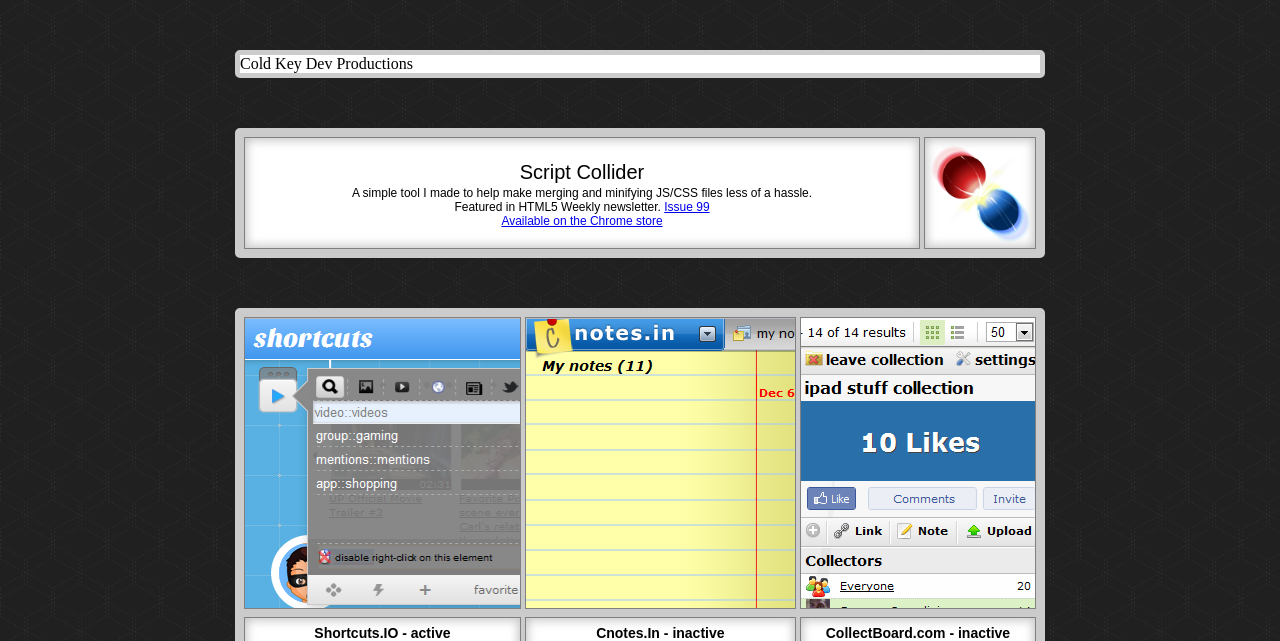
Repository: coldKey1/coldKey1.github.io
Page: index.html
The author's editor kept a copy of each file at every save. The page is drawn from the files as they stood at one save, then again after the next save.
The browser window is 1280 px wide. The pictures show the part of the page from y = 0 to 641 px (the page is 1234 px tall before and 1156 px after).
Pictures or frames that could not be fetched are drawn as grey boxes. The page's requests for data from a server got no answer.

Above is the page before, as saved 2019-09-24 23:35:34.

After the next save:
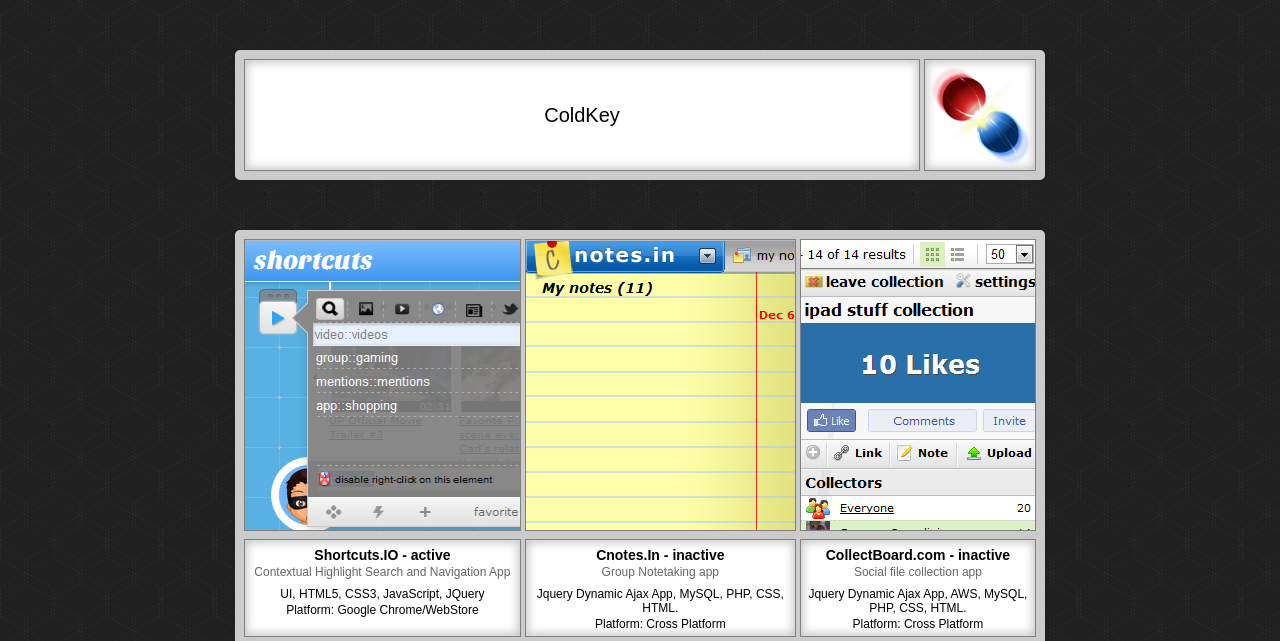
Saved 2 min 37 s later.
--- a/index.html
+++ b/index.html
@@ -13,20 +13,11 @@
 
 <body>
 	<div id="vl_content">
-		Cold Key Dev Productions
-	</div>
-
-	<div id="vl_content">
 		<div class="port_ctn">
 			<div class="tbl info">
 				<div style="width:100%;vertical-align:middle;text-align:center;">
-					<div style="font-size:20px;">Script Collider</div>
-					<div>A simple tool I made to help make merging and minifying JS/CSS files less of a hassle.
-						<br> Featured in HTML5 Weekly newsletter. <a href="http://html5weekly.com/archive/99.html">Issue
-							99</a>
-						<br><a target="_blank"
-							href="https://chrome.google.com/webstore/detail/script-collider/mdjopbnjoffpklcheigfancmmgemfbpc">Available
-							on the Chrome store</a></div>
+					<div style="font-size:20px;">ColdKey</div>
+					<div></div>
 				</div>
 				<div style="width:100px;">
 					<img src="script_collider.png" width="100">
@@ -35,6 +26,7 @@
 			</div>
 		</div>
 	</div>
+
 	<div id="vl_content">
 
 		<div class="port_ctn">
